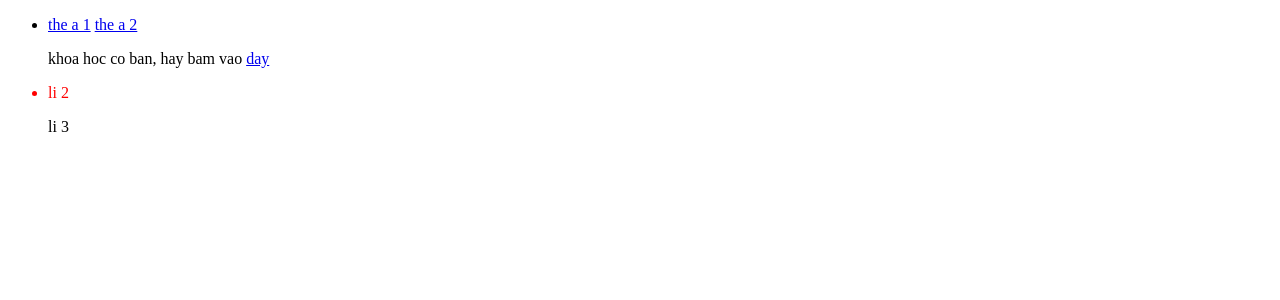
Repository: quocanh1010/quocanh1010.github.io
Page: Front End bai 1 2/index.html
These files come from the project's save history. The page is drawn as it stood at one moment and after the next save; the edit follows.
The browser window is 1280 px wide. The pictures show the whole page.

Above is the page before, as saved 2021-04-16 20:49:00.

After the next save:
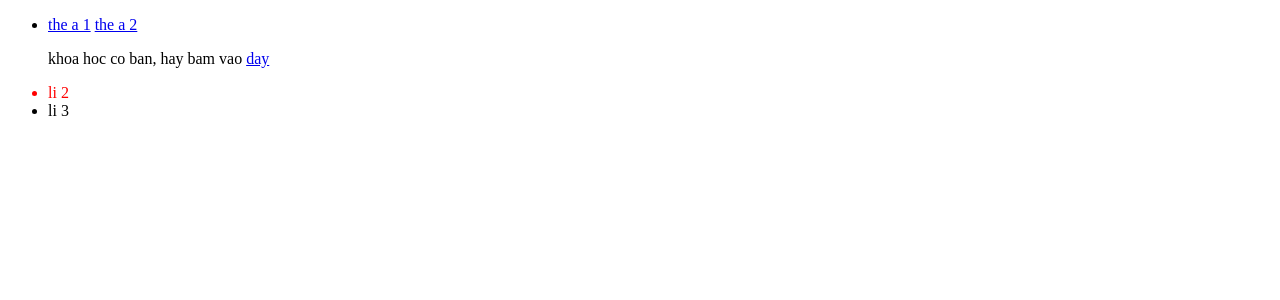
Saved 89 s later.
--- a/Front End bai 1 2/index.html
+++ b/Front End bai 1 2/index.html
@@ -33,7 +33,8 @@
         div p.mau-vang {
 
         }
-        li + li {
+
+        ul li:nth-child(2) {
             color: red;
         }
     </style>
@@ -53,9 +54,9 @@
         <li>
             li 2
         </li>
-        <p>
+        <li>
             li 3
-        </p>
+        </li>
 
     </ul>
 
